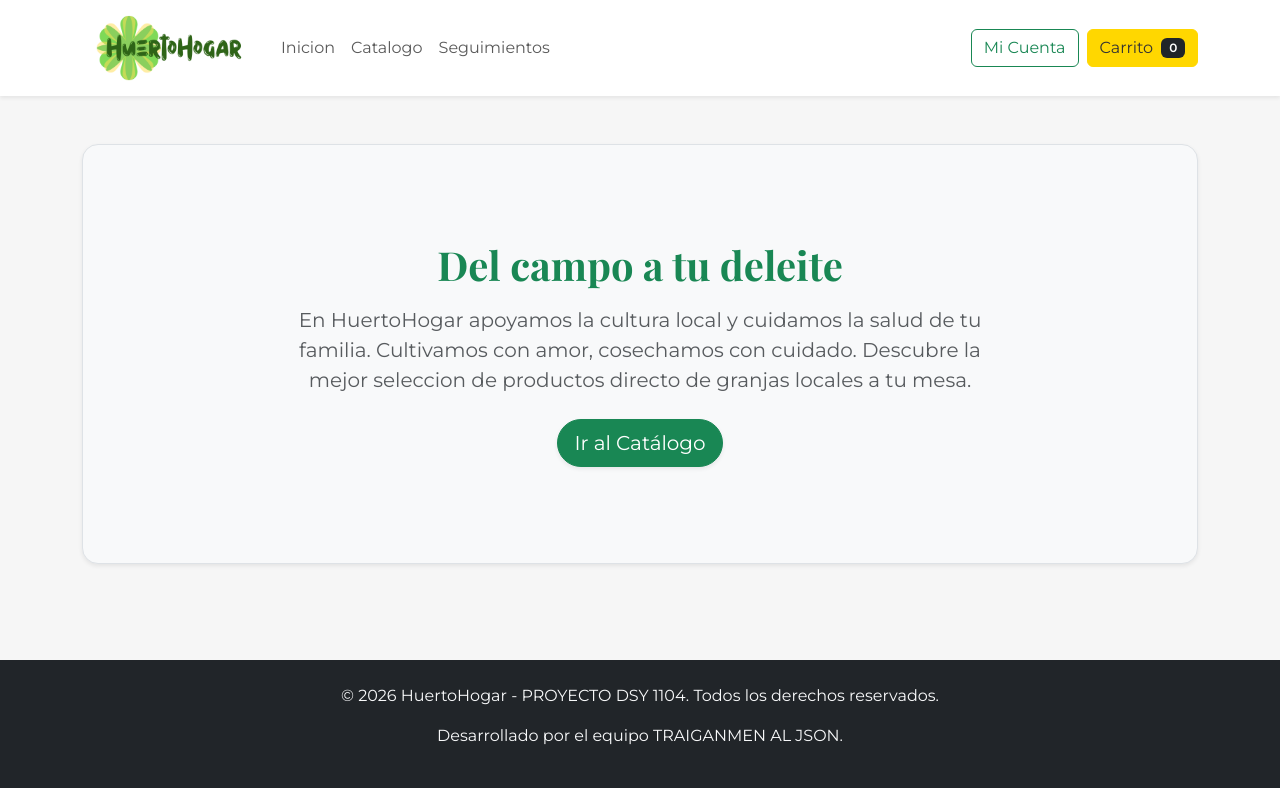
Repository: RottZen/Ev_1_Huerto_Hogar
Page: 1_inicio/index.html
These files come from the project's save history. The page is drawn as it stood at one moment and after the next save; the edit follows.
The browser window is 1280 px wide. The pictures show the whole page.

Above is the page before, as saved 2026-09-08 16:35:14.

After the next save:
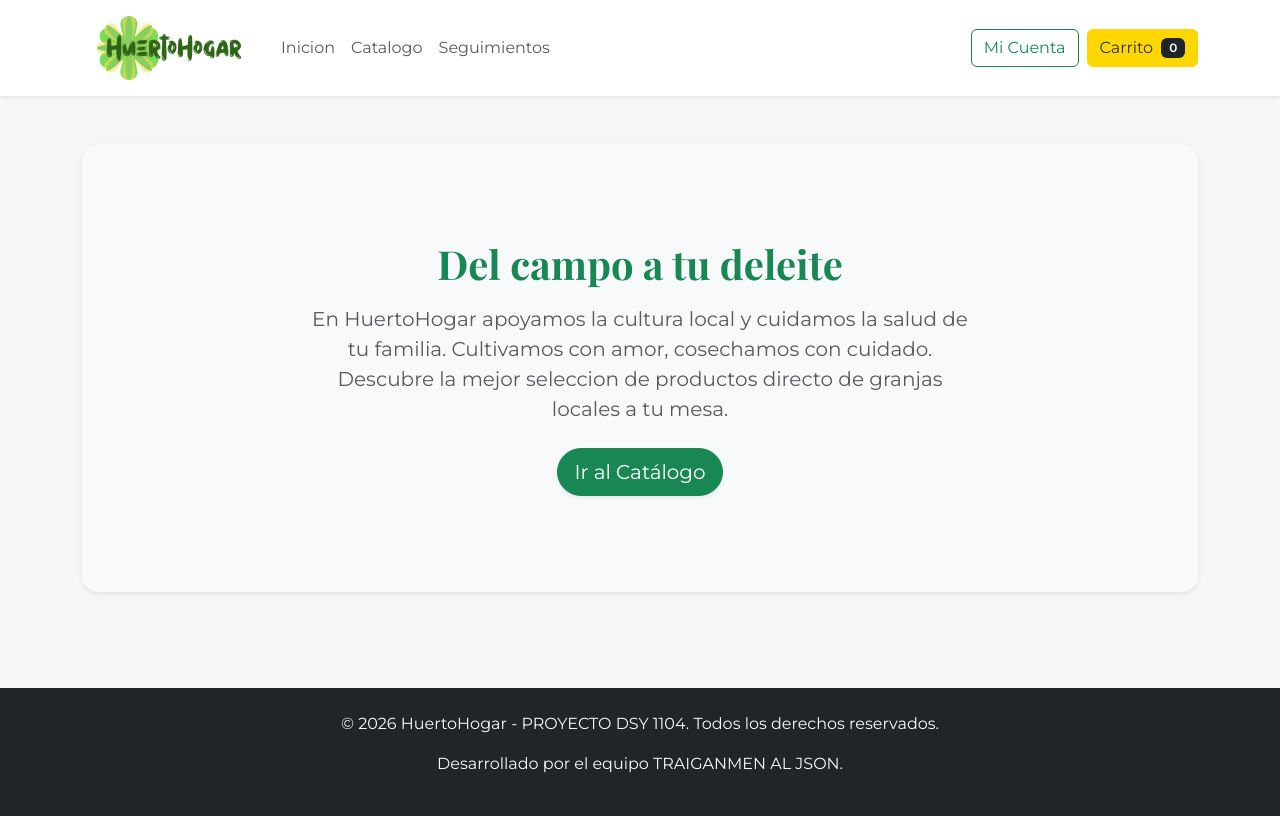
Saved 85 s later.
--- a/1_inicio/index.html
+++ b/1_inicio/index.html
@@ -43,7 +43,7 @@
     <!-- MAIN CONTENEDOR DINAMICO -->
     <main class="container my-5 flex-grow-1">
 
-            <section class="py-5 text-center container bg-light rounded-4 shadow-sm mb-5 border">
+            <section class="hero-section text-center p-5 mb-5 rounded-4 shadow-sm bg-light">
                 <div class="row py-lg-5">
                     <div class="col-lg-8 col-md-8 mx-auto">
                         <h1 class="fw-bold text-success mb-3" style="font-family: 'Playfair Display' serif;">Del campo a tu deleite</h1>
